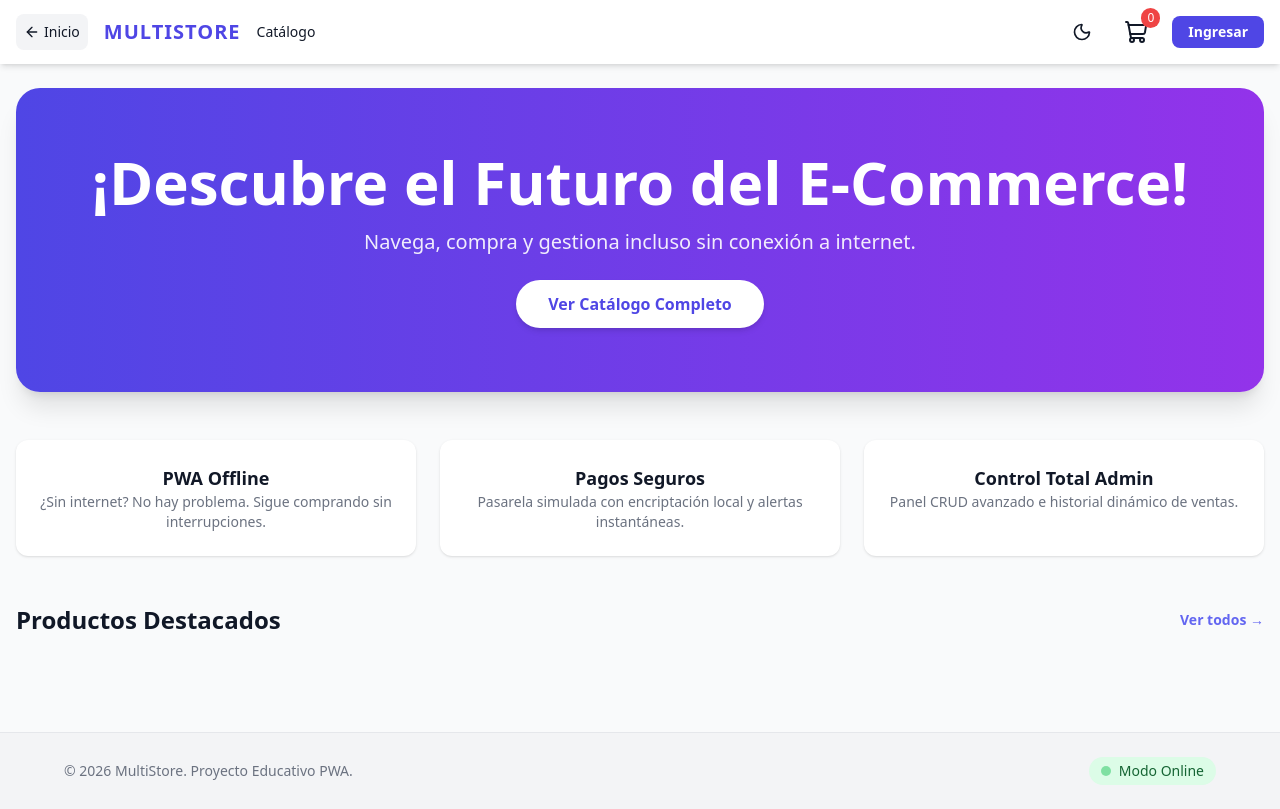
Repository: jamedina22-max/Actividad-de-clase-extra-Jes-s-Medina-
Page: index.html
An editor plug-in stored every save of this project. The page is shown before and after the next save, followed by the edit.
The browser window is 1280 px wide. The pictures show the whole page.
The page's requests for data from a server got no answer. Some web libraries are served in a nearby version.

Above is the page before, as saved 2026-06-11 10:09:53.

### index.html
<!DOCTYPE html>
<html lang="es" class="light">
<head>
    <meta charset="UTF-8">
    <meta name="viewport" content="width=device-width, initial-scale=1.0">
    <title>MultiStore PWA</title>
    <script src="https://cdn.tailwindcss.com"></script>
    <script>
        tailwind.config = { darkMode: 'class' }
    </script>
    <script src="https://unpkg.com/lucide@latest"></script>
</head>
<body class="bg-gray-50 text-gray-900 dark:bg-gray-900 dark:text-gray-100 min-h-screen flex flex-col transition-colors duration-300">

    <nav class="bg-white dark:bg-gray-800 shadow-md sticky top-0 z-50 px-4 py-3 flex justify-between items-center">

        <div class="flex items-center space-x-4">
            <button onclick="navigate('landing')" class="p-2 rounded-lg bg-gray-100 dark:bg-gray-700 hover:bg-gray-200 dark:hover:bg-gray-600 transition flex items-center space-x-1 text-sm font-medium">
                <i data-lucide="arrow-left" class="w-4 h-4"></i>
                <span class="hidden sm:inline">Inicio</span>
            </button>

            <span class="text-xl font-black tracking-wider text-indigo-600 dark:text-indigo-400 select-none">MULTISTORE</span>

            <div id="nav-links" class="hidden md:flex space-x-4">
                <button onclick="navigate('catalog')" class="text-sm font-medium hover:text-indigo-500 transition">Catálogo</button>
                <button id="btn-admin-panel" onclick="navigate('admin')" class="hidden text-sm font-bold text-red-500 hover:text-red-600 transition">Panel Admin</button>
            </div>
        </div>

        <div class="flex items-center space-x-4">
            <button id="theme-toggle" class="p-2 rounded-full hover:bg-gray-200 dark:hover:bg-gray-700">
                <i data-lucide="moon" class="w-5 h-5 block dark:hidden"></i>
                <i data-lucide="sun" class="w-5 h-5 hidden dark:block"></i>
            </button>

            <button id="btn-cart-global" onclick="navigate('cart')" class="relative p-2">
                <i data-lucide="shopping-cart" class="w-6 h-6"></i>
                <span id="cart-count" class="absolute -top-1 -right-1 bg-red-500 text-white text-xs rounded-full px-1.5 py-0.5">0</span>
            </button>

            <div id="auth-zone">
                <button onclick="navigate('login')" class="bg-indigo-600 text-white px-4 py-1.5 rounded-lg text-sm font-semibold hover:bg-indigo-700 transition">Ingresar</button>
            </div>
        </div>
    </nav>

    <main id="main-content" class="flex-grow container mx-auto px-4 py-6">
    </main>

    <footer class="bg-gray-100 dark:bg-gray-800 border-t border-gray-200 dark:border-gray-700 mt-auto py-6 px-4 text-center">
        <div class="flex flex-col md:flex-row justify-between items-center max-w-6xl mx-auto space-y-4 md:space-y-0">
            <p class="text-sm text-gray-500 dark:text-gray-400">&copy; 2026 MultiStore. Proyecto Educativo PWA.</p>

            <div id="connection-status" class="flex items-center space-x-2 text-sm font-medium px-3 py-1 rounded-full bg-green-100 text-green-800 dark:bg-green-900 dark:text-green-200">
                <span class="w-2.5 h-2.5 bg-green-500 rounded-full animate-pulse"></span>
                <span>Modo Online</span>
            </div>
        </div>
    </footer>

    <script src="js/storage.js"></script>
    <script src="js/api.js"></script>
    <script src="js/auth.js"></script>
    <script src="js/catalog.js"></script>
    <script src="js/admin.js"></script>
    <script src="js/app.js"></script>
</body>
</html>

### js/storage.js

const KEYS = {
    PRODUCTS: 'ms_products',
    USERS: 'ms_users',
    CURRENT_USER: 'ms_session',
    CART: 'ms_cart',
    ORDERS: 'ms_orders',
    THEME: 'ms_theme'
};

function initLocalStorage() {
    if (!localStorage.getItem(KEYS.USERS)) {
        const defaultUsers = [
            { email: 'admin@store.com', pass: 'admin123', name: 'Admin Principal', role: 'admin', avatar: 'https://i.pravatar.cc/150?img=33', address: 'Oficina Central' },
            { email: 'user@store.com', pass: 'user123', name: 'Juan Pérez', role: 'client', avatar: 'https://i.pravatar.cc/150?img=12', address: 'Calle Falsa 123' }
        ];
        localStorage.setItem(KEYS.USERS, JSON.stringify(defaultUsers));
    }
    if (!localStorage.getItem(KEYS.ORDERS)) localStorage.setItem(KEYS.ORDERS, JSON.stringify([]));
    if (!localStorage.getItem(KEYS.CART)) localStorage.setItem(KEYS.CART, JSON.stringify([]));
}

function getLocalData(key) {
    return JSON.parse(localStorage.getItem(key)) || [];
}

function saveLocalData(key, data) {
    localStorage.setItem(key, JSON.stringify(data));
}

initLocalStorage();

### js/api.js

async function checkAndLoadAPIProducts() {
    let localProducts = getLocalData(KEYS.PRODUCTS);

    if (localProducts.length === 0) {
        try {
            console.log("Poblando catálogo desde FakeStoreAPI por primera vez...");
            const response = await fetch('https://fakestoreapi.com/products');
            const data = await response.json();

            const structuredProducts = data.map(p => ({
                id: p.id,
                title: p.title,
                price: p.price,
                description: p.description,
                category: p.category,
                image: p.image,
                rating: { rate: p.rating?.rate || 4, count: p.rating?.count || 1 },
                reviews: [{ user: "Anónimo", stars: 5, comment: "Excelente producto inicial." }]
            }));

            saveLocalData(KEYS.PRODUCTS, structuredProducts);
            return structuredProducts;
        } catch (error) {
            console.error("Error cargando la API externa, usando datos vacíos", error);
            return [];
        }
    }
    return localProducts;
}

### js/app.js

document.addEventListener("DOMContentLoaded", async () => {
    lucide.createIcons();
    await checkAndLoadAPIProducts();
    initTheme();

    const user = JSON.parse(sessionStorage.getItem(KEYS.CURRENT_USER));
    if (user) {
        const carritoGuardado = localStorage.getItem(`ms_cart_${user.email}`);
        carrito = carritoGuardado ? JSON.parse(carritoGuardado) : [];
    } else {
        carrito = [];
    }

    actualizarContadorCarrito();
    actualizarNavbarPorSesion();

    window.addEventListener('online', updateNetworkStatus);
    window.addEventListener('offline', updateNetworkStatus);
    updateNetworkStatus();

    if (user && user.role === 'admin') {
        navigate('admin');
    } else {
        navigate('landing');
    }
});

function navigate(view) {
    const main = document.getElementById('main-content');
    const user = JSON.parse(sessionStorage.getItem(KEYS.CURRENT_USER));

    if (view === 'admin' && (!user || user.role !== 'admin')) {
        alert("Acceso denegado. Se requieren permisos de Administrador.");
        navigate('landing');
        return;
    }

    switch(view) {
        case 'landing':
            main.innerHTML = renderLandingPage();
            break;
        case 'catalog':
            main.innerHTML = renderCatalogo();
            break;
        case 'cart':
            main.innerHTML = renderCarrito(); // <--- ¡Añadir esta línea aquí!
            break;
        case 'admin':
            main.innerHTML = renderAdminPanel();
            break;
        case 'login':
            main.innerHTML = renderLogin();
            break;
        default:
            main.innerHTML = `<h2 class="text-xl">404 - Vista no encontrada</h2>`;
    }
}
    lucide.createIcons();


function renderLandingPage() {

    const products = getLocalData(KEYS.PRODUCTS).slice(0, 4);

    let productCards = products.map(p => `
        <div class="bg-white dark:bg-gray-800 p-4 rounded-xl shadow hover:shadow-xl transition flex flex-col justify-between h-full">
            <div>
                <img src="${p.image}" class="h-40 mx-auto object-contain mb-4 bg-white p-2 rounded" alt="${p.title}">
                <h4 class="font-semibold text-sm line-clamp-2">${p.title}</h4>
                <p class="text-indigo-600 dark:text-indigo-400 font-black text-lg mt-2">$${p.price}</p>
            </div>

            <div class="mt-4">
                <button onclick="agregarAlCarrito(${p.id})" class="w-full bg-gray-900 text-white dark:bg-indigo-600 py-2 rounded-lg font-medium text-xs hover:opacity-90 flex items-center justify-center space-x-1 transition">
                    <i data-lucide="shopping-cart" class="w-3.5 h-3.5"></i>
                    <span>Agregar al carrito</span>
                </button>
            </div>
        </div>
    `).join('');

    return `
        <section class="bg-gradient-to-r from-indigo-600 to-purple-600 text-white rounded-3xl p-8 md:p-16 text-center mb-12 shadow-xl">
            <h1 class="text-4xl md:text-6xl font-extrabold mb-4">¡Descubre el Futuro del E-Commerce!</h1>
            <p class="text-lg md:text-xl mb-6 opacity-90">Navega, compra y gestiona incluso sin conexión a internet.</p>
            <button onclick="navigate('catalog')" class="bg-white text-indigo-600 font-bold px-8 py-3 rounded-full shadow-md hover:bg-gray-100 transition">Ver Catálogo Completo</button>
        </section>

        <section class="grid grid-cols-1 md:grid-cols-3 gap-6 mb-12">
            <div class="p-6 bg-white dark:bg-gray-800 rounded-xl shadow text-center">
                <i data-lucide="zap" class="w-10 h-10 mx-auto text-yellow-500 mb-2"></i>
                <h3 class="font-bold text-lg">PWA Offline</h3>
                <p class="text-sm text-gray-500">¿Sin internet? No hay problema. Sigue comprando sin interrupciones.</p>
            </div>
            <div class="p-6 bg-white dark:bg-gray-800 rounded-xl shadow text-center">
                <i data-lucide="shield-check" class="w-10 h-10 mx-auto text-green-500 mb-2"></i>
                <h3 class="font-bold text-lg">Pagos Seguros</h3>
                <p class="text-sm text-gray-500">Pasarela simulada con encriptación local y alertas instantáneas.</p>
            </div>
            <div class="p-6 bg-white dark:bg-gray-800 rounded-xl shadow text-center">
                <i data-lucide="sliders" class="w-10 h-10 mx-auto text-blue-500 mb-2"></i>
                <h3 class="font-bold text-lg">Control Total Admin</h3>
                <p class="text-sm text-gray-500">Panel CRUD avanzado e historial dinámico de ventas.</p>
            </div>
        </section>

        <section class="mb-12">
            <div class="flex justify-between items-center mb-6">
                <h3 class="text-2xl font-black">Productos Destacados</h3>
                <button onclick="navigate('catalog')" class="text-sm font-bold text-indigo-500 hover:underline">Ver todos &rarr;</button>
            </div>
            <div class="grid grid-cols-1 sm:grid-cols-2 md:grid-cols-4 gap-6">${productCards}</div>
        </section>
    `;
}

function initTheme() {
    const toggleBtn = document.getElementById('theme-toggle');
    let currentTheme = localStorage.getItem(KEYS.THEME) || 'light';

    if (currentTheme === 'dark') document.documentElement.classList.add('dark');

    toggleBtn.addEventListener('click', () => {
        if (document.documentElement.classList.contains('dark')) {
            document.documentElement.classList.remove('dark');
            localStorage.setItem(KEYS.THEME, 'light');
        } else {
            document.documentElement.classList.add('dark');
            localStorage.setItem(KEYS.THEME, 'dark');
        }
    });
}

function updateNetworkStatus() {
    const statusDiv = document.getElementById('connection-status');

    if (navigator.onLine) {
        statusDiv.className = "flex items-center space-x-2 text-sm font-medium px-3 py-1 rounded-full bg-green-100 text-green-800 dark:bg-green-900 dark:text-green-200";
        statusDiv.innerHTML = `<span class="w-2.5 h-2.5 bg-green-500 rounded-full animate-pulse"></span><span>Modo Online</span>`;
        sincronizarPedidosPendientes();

    } else {
        statusDiv.className = "flex items-center space-x-2 text-sm font-medium px-3 py-1 rounded-full bg-red-100 text-red-800 dark:bg-red-900 dark:text-red-200";
        statusDiv.innerHTML = `<span class="w-2.5 h-2.5 bg-red-500 rounded-full"></span><span>Modo Offline</span>`;
    }
}

function sincronizarPedidosPendientes() {
    let queue = getLocalData('ms_offline_queue');


    if (queue.length > 0) {
        let orders = getLocalData(KEYS.ORDERS);
        orders = [...orders, ...queue];
        saveLocalData(KEYS.ORDERS, orders);

        saveLocalData('ms_offline_queue', []);

        alert("🔄 ¡Conexión restablecida! Tus compras hechas en modo offline se han sincronizado con el servidor de la tienda.");
        if(typeof renderAdminHistory === 'function') {
            renderAdminHistory();
        }
    }
}

Loaded but not shown: js/catalog.js (261 lines, source omitted); js/auth.js (207 lines, source omitted); js/admin.js (140 lines, source omitted)

After the next save:
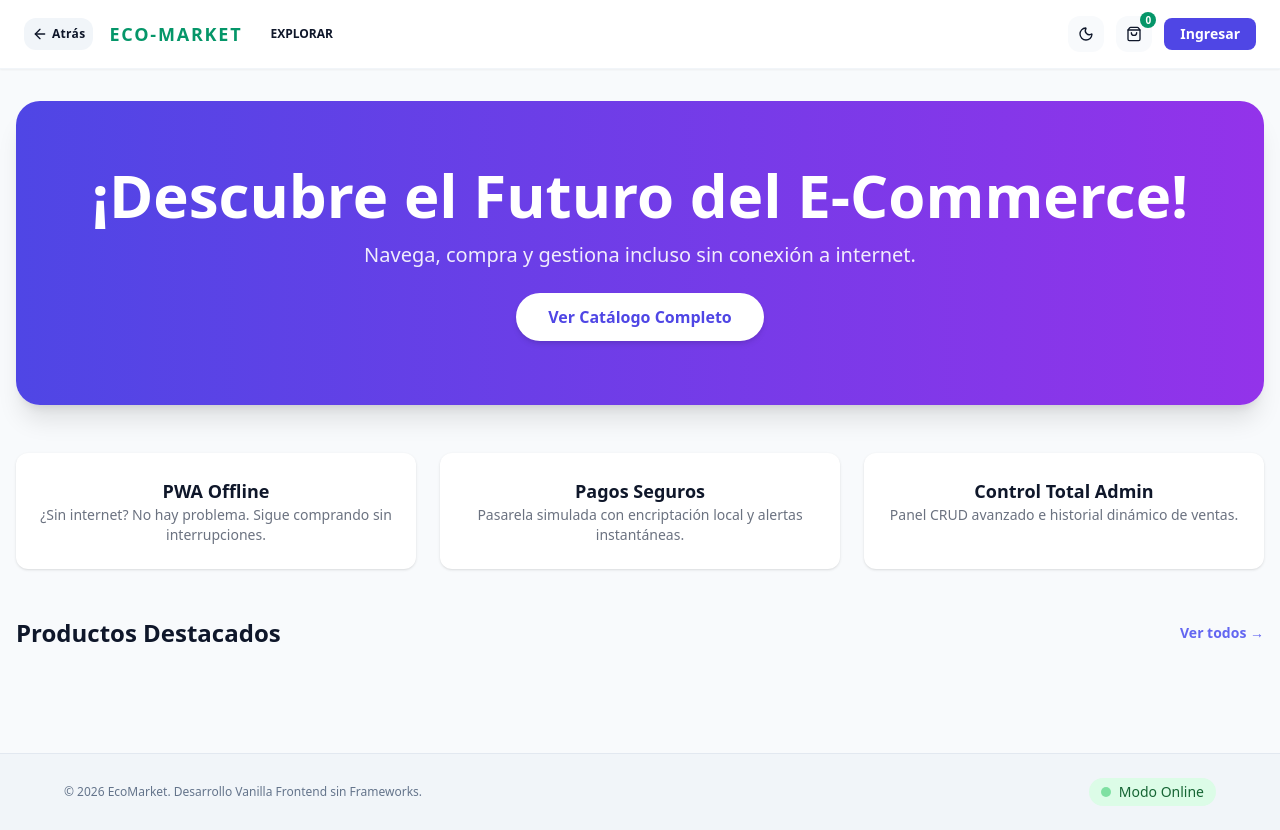
Saved 6 min 0 s later.
--- a/index.html
+++ b/index.html
@@ -3,58 +3,59 @@
 <head>
     <meta charset="UTF-8">
     <meta name="viewport" content="width=device-width, initial-scale=1.0">
-    <title>MultiStore PWA</title>
+    <title>EcoMarket PWA - Tu Tienda Autónoma</title>
     <script src="https://cdn.tailwindcss.com"></script>
     <script>
+        // Configuración exclusiva de Tailwind por clases
         tailwind.config = { darkMode: 'class' }
     </script>
     <script src="https://unpkg.com/lucide@latest"></script>
 </head>
-<body class="bg-gray-50 text-gray-900 dark:bg-gray-900 dark:text-gray-100 min-h-screen flex flex-col transition-colors duration-300">
+<body class="bg-slate-50 text-slate-900 dark:bg-slate-900 dark:text-slate-100 min-h-screen flex flex-col transition-colors duration-200">
 
-    <nav class="bg-white dark:bg-gray-800 shadow-md sticky top-0 z-50 px-4 py-3 flex justify-between items-center">
+    <nav class="bg-white dark:bg-slate-800 shadow-sm border-b border-slate-100 dark:border-slate-700 sticky top-0 z-50 px-6 py-4 flex justify-between items-center">
 
         <div class="flex items-center space-x-4">
-            <button onclick="navigate('landing')" class="p-2 rounded-lg bg-gray-100 dark:bg-gray-700 hover:bg-gray-200 dark:hover:bg-gray-600 transition flex items-center space-x-1 text-sm font-medium">
+            <button onclick="navigate('landing')" class="p-2 rounded-xl bg-slate-100 dark:bg-slate-700 hover:bg-slate-200 dark:hover:bg-slate-600 transition flex items-center space-x-1 text-xs font-bold tracking-wide">
                 <i data-lucide="arrow-left" class="w-4 h-4"></i>
-                <span class="hidden sm:inline">Inicio</span>
+                <span class="hidden sm:inline">Atrás</span>
             </button>
 
-            <span class="text-xl font-black tracking-wider text-indigo-600 dark:text-indigo-400 select-none">MULTISTORE</span>
+            <span class="text-lg font-black tracking-widest text-emerald-600 dark:text-emerald-400 select-none">ECO-MARKET</span>
 
-            <div id="nav-links" class="hidden md:flex space-x-4">
-                <button onclick="navigate('catalog')" class="text-sm font-medium hover:text-indigo-500 transition">Catálogo</button>
-                <button id="btn-admin-panel" onclick="navigate('admin')" class="hidden text-sm font-bold text-red-500 hover:text-red-600 transition">Panel Admin</button>
+            <div id="nav-links" class="hidden md:flex space-x-2">
+                <button onclick="navigate('catalog')" class="text-xs font-bold uppercase px-3 py-2 rounded-lg hover:bg-slate-100 dark:hover:bg-slate-700 transition">Explorar</button>
+                <button id="btn-admin-panel" onclick="navigate('admin')" class="hidden text-xs font-black uppercase px-3 py-2 rounded-lg bg-rose-50 text-rose-600 dark:bg-rose-950/40 dark:text-rose-400 transition">Consola Admin</button>
             </div>
         </div>
 
-        <div class="flex items-center space-x-4">
-            <button id="theme-toggle" class="p-2 rounded-full hover:bg-gray-200 dark:hover:bg-gray-700">
-                <i data-lucide="moon" class="w-5 h-5 block dark:hidden"></i>
-                <i data-lucide="sun" class="w-5 h-5 hidden dark:block"></i>
+        <div class="flex items-center space-x-3">
+            <button id="theme-toggle" class="p-2.5 rounded-xl bg-slate-50 dark:bg-slate-700 hover:bg-slate-100 dark:hover:bg-slate-600 transition">
+                <i data-lucide="moon" class="w-4 h-4 block dark:hidden"></i>
+                <i data-lucide="sun" class="w-4 h-4 hidden dark:block"></i>
             </button>
 
-            <button id="btn-cart-global" onclick="navigate('cart')" class="relative p-2">
-                <i data-lucide="shopping-cart" class="w-6 h-6"></i>
-                <span id="cart-count" class="absolute -top-1 -right-1 bg-red-500 text-white text-xs rounded-full px-1.5 py-0.5">0</span>
+            <button id="btn-cart-global" onclick="navigate('cart')" class="relative p-2.5 rounded-xl bg-slate-50 dark:bg-slate-700 hover:bg-slate-100 dark:hover:bg-slate-600 transition">
+                <i data-lucide="shopping-bag" class="w-4 h-4"></i>
+                <span id="cart-count" class="absolute -top-1 -right-1 bg-emerald-600 text-white text-[10px] font-bold rounded-full w-4 h-4 flex items-center justify-center">0</span>
             </button>
 
             <div id="auth-zone">
-                <button onclick="navigate('login')" class="bg-indigo-600 text-white px-4 py-1.5 rounded-lg text-sm font-semibold hover:bg-indigo-700 transition">Ingresar</button>
+                <button onclick="navigate('login')" class="bg-emerald-600 text-white px-4 py-2 rounded-xl text-xs font-bold hover:bg-emerald-700 transition shadow-sm">Acceder</button>
             </div>
         </div>
     </nav>
 
-    <main id="main-content" class="flex-grow container mx-auto px-4 py-6">
+    <main id="main-content" class="flex-grow container mx-auto px-4 py-8">
     </main>
 
-    <footer class="bg-gray-100 dark:bg-gray-800 border-t border-gray-200 dark:border-gray-700 mt-auto py-6 px-4 text-center">
-        <div class="flex flex-col md:flex-row justify-between items-center max-w-6xl mx-auto space-y-4 md:space-y-0">
-            <p class="text-sm text-gray-500 dark:text-gray-400">&copy; 2026 MultiStore. Proyecto Educativo PWA.</p>
+    <footer class="bg-slate-100 dark:bg-slate-800 border-t border-slate-200 dark:border-slate-700 mt-auto py-6 px-6 text-center">
+        <div class="flex flex-col md:flex-row justify-between items-center max-w-6xl mx-auto space-y-4 md:space-y-0 text-xs font-medium text-slate-500 dark:text-slate-400">
+            <p>&copy; 2026 EcoMarket. Desarrollo Vanilla Frontend sin Frameworks.</p>
 
-            <div id="connection-status" class="flex items-center space-x-2 text-sm font-medium px-3 py-1 rounded-full bg-green-100 text-green-800 dark:bg-green-900 dark:text-green-200">
-                <span class="w-2.5 h-2.5 bg-green-500 rounded-full animate-pulse"></span>
-                <span>Modo Online</span>
+            <div id="connection-status" class="flex items-center space-x-2 px-3 py-1.5 rounded-xl bg-green-100 text-green-800 dark:bg-green-900/40 dark:text-green-300">
+                <span class="w-2 h-2 bg-green-500 rounded-full animate-pulse"></span>
+                <span class="font-bold tracking-wide uppercase text-[10px]">Sincronizado Online</span>
             </div>
         </div>
     </footer>
